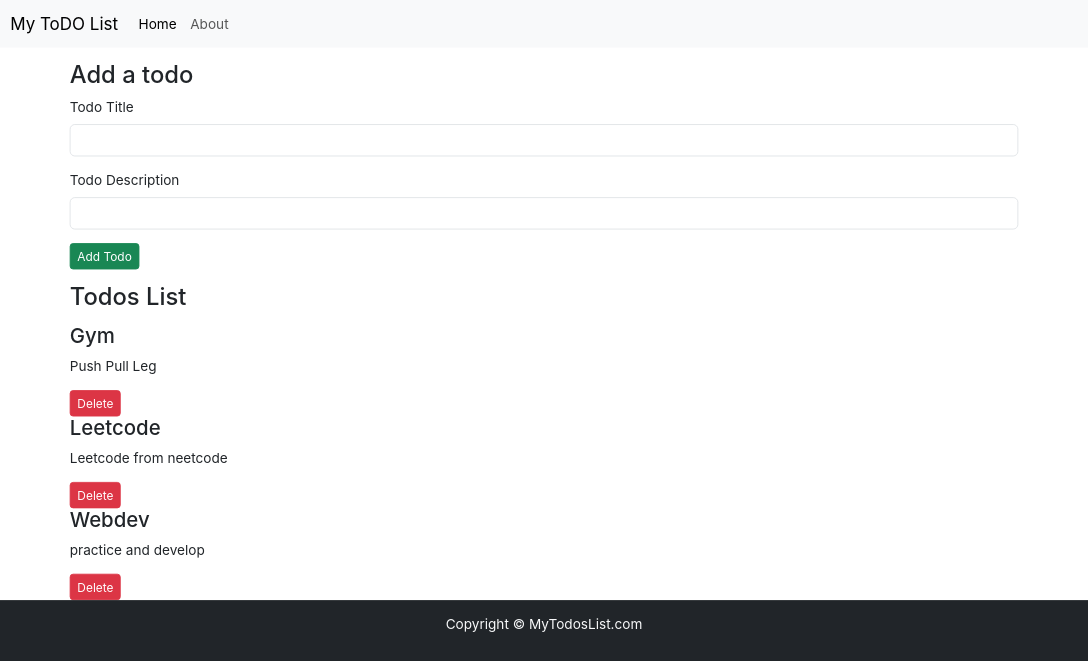
Repository: AshwinUgale/ToDoList
Page: /
The author's editor kept a copy of each file at every save. The page is drawn from the files as they stood at one save, then again after the next save.
The browser window is 1280 px wide. The pictures show the whole page, at 85% of full size.
The project was rebuilt for these pictures with package versions that can differ from the ones it lists, and the page was loaded fresh each time. Also part of the build but not shown: src/App.css.

Above is the page before, as saved 2024-12-21 17:23:44.

### public/index.html
<!DOCTYPE html>
<html lang="en">
  <head>
    <meta charset="utf-8" />
    <link rel="icon" href="%PUBLIC_URL%/favicon.ico" />
    <meta name="viewport" content="width=device-width, initial-scale=1" />
    <meta name="theme-color" content="#000000" />
    <meta
      name="description"
      content="Web site created using create-react-app"
    />
    <link rel="apple-touch-icon" href="%PUBLIC_URL%/logo192.png" />

    <link rel="manifest" href="%PUBLIC_URL%/manifest.json" />
    <link href="https://cdn.jsdelivr.net/npm/bootstrap@5.3.3/dist/css/bootstrap.min.css" rel="stylesheet" integrity="sha384-QWTKZyjpPEjISv5WaRU9OFeRpok6YctnYmDr5pNlyT2bRjXh0JMhjY6hW+ALEwIH" crossorigin="anonymous">
    <title>Todos List</title>
  </head>
  <body>
    <noscript>You need to enable JavaScript to run this app.</noscript>
    <div id="root"></div>


  </body>
  <script src="https://cdn.jsdelivr.net/npm/bootstrap@5.3.3/dist/js/bootstrap.bundle.min.js" integrity="sha384-YvpcrYf0tY3lHB60NNkmXc5s9fDVZLESaAA55NDzOxhy9GkcIdslK1eN7N6jIeHz" crossorigin="anonymous"></script>
</html>

### src/App.js

import './App.css';
import Header from './MyComponents/Header';
import {Footer} from "./MyComponents/Footer";
import {Todos} from "./MyComponents/Todos";
import React, {useState} from 'react';
import { AddTodo } from "./MyComponents/AddTodo";

function App() {
  const onDelete = (todo)=>{
    console.log("Delete",todo)
    setTodos(todos.filter((e)=>{
        return e!==todo;
    }))
  }

  const addTodo = (title,desc)=>{
    let sno=todos[todos.length-1].sno+1;
    const myTodo ={
      sno:sno,
      title:title,
      desc:desc,
    }
    setTodos([...todos,myTodo]);
  }

  const [todos,setTodos]=useState([
    {
      sno: 1,
      title: "Gym",
      desc: "Push Pull Leg"
    },
    {
      sno: 2,
      title: "Leetcode",
      desc: "Leetcode from neetcode"
    },
    {
      sno: 3,
      title: "Webdev",
      desc: "practice and develop "
    },
  ])
  return (
    <>
    <Header title="My ToDO List" searchBar={false}/>
    <AddTodo addTodo={addTodo}/>
    <Todos todos={todos} onDelete={onDelete}/>
    <Footer/>
    </>
  );
}

export default App;

### src/MyComponents/Header.js
import React from 'react';
import PropTypes from 'prop-types';
export default function Header({ title = "Your Title Here", searchBar = true }) {
    console.log("Props received in Header:", {title,searchBar});
  return (
    <nav className="navbar navbar-expand-lg bg-body-tertiary">
      <div className="container-fluid">
        <a className="navbar-brand" href="#">{title}</a>
        <button
          className="navbar-toggler"
          type="button"
          data-bs-toggle="collapse"
          data-bs-target="#navbarSupportedContent"
          aria-controls="navbarSupportedContent"
          aria-expanded="false"
          aria-label="Toggle navigation"
        >
          <span className="navbar-toggler-icon"></span>
        </button>
        <div className="collapse navbar-collapse" id="navbarSupportedContent">
          <ul className="navbar-nav me-auto mb-2 mb-lg-0">
            <li className="nav-item">
              <a className="nav-link active" aria-current="page" href="#">Home</a>
            </li>
            <li className="nav-item">
              <a className="nav-link" href="#">About</a>
            </li>

          </ul>
          {searchBar?<form className="d-flex" role="search">
            <input
              className="form-control me-2"
              type="search"
              placeholder="Search"
              aria-label="Search"
            />
            <button className="btn btn-outline-success" type="submit">
              Search
            </button>
          </form>:""}
        </div>
      </div>
    </nav>
  )
}

Header.defaultProps ={
    title: "Your Title Here",
    searchBar: true
}

Header.propTypes = {
    title: PropTypes.string,
    searchBar: PropTypes.bool,
  };

### src/MyComponents/Footer.js
import React from 'react'

export const Footer = () => {
  let footerStyle = {
    position: "relative",
    top: "70",
    width: "100%",
  }
  return (
    <footer className='bg-dark text-light py-3' style={footerStyle}>
        <p className='text-center'>
          Copyright &copy; MyTodosList.com
        </p>
    </footer>
  )
}

### src/MyComponents/Todos.js
import React from 'react'
import {TodoItem } from "../MyComponents/TodoItem";

export const Todos = (props) => {
  return (
    <div className="container">
        <h3 className="my-3">Todos List</h3>
        {props.todos.length===0? "No todos to display":
        props.todos.map((todo)=>{
          return <TodoItem todo={todo} key={todo.sno} onDelete={props.onDelete}/>
        })
        }

    </div>
  )
}

### src/MyComponents/AddTodo.js
import React, { useState } from 'react'


export const AddTodo = (props) => {
    const [title,setTitle] = useState("");
    const [desc,setDesc] = useState("");
    const submit = (e)=>{
        e.preventDefault();
        if(!title || !desc){
            alert("Fields cannot be blank");
        }
        props.addTodo(title,desc);


    }
  return (
    <div className='container my-3'>
        <h3>Add a todo</h3>
    <form onSubmit={submit}>
    <div className="mb-3">
      <label htmlFor="title" className="form-label">Todo Title</label>
      <input type="text" value={title} onChange={(e)=>{setTitle(e.target.value)}} className="form-control" id="title" aria-describedby="emailHelp"/>

    </div>
    <div className="mb-3">
      <label htmlFor="desc" className="form-label">Todo Description</label>
      <input type="text" value={desc} onChange={(e)=>{setDesc(e.target.value)}} className="form-control" id="desc"/>
    </div>
    <button type="submit" className="btn btn-sm btn-success">Add Todo</button>
  </form>
  </div>
  )
}

### src/MyComponents/TodoItem.js
import React from 'react'

export const TodoItem = ({todo,onDelete}) => {
  return (
    <div>
        <h4>{todo.title}</h4>
        <p>{todo.desc}</p>
        <button className="btn btn-sm btn-danger" onClick={()=>{onDelete(todo)}}>Delete</button>
    </div>
  )
}

Loaded but not shown: src/index.js (common file); src/index.css (common file); src/reportWebVitals.js (common file)

After the next save:
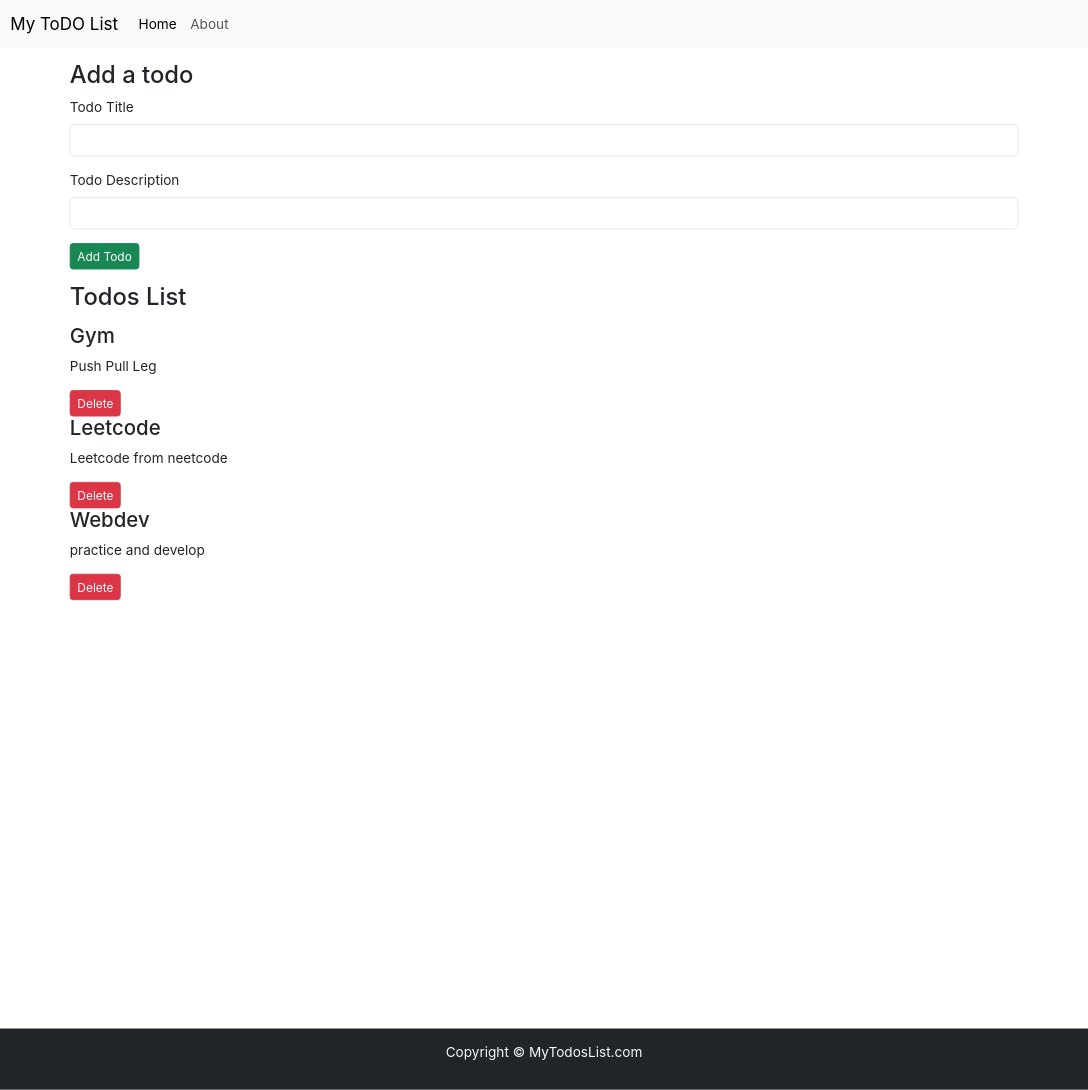
Saved 6 s later.
--- a/src/MyComponents/Footer.js
+++ b/src/MyComponents/Footer.js
@@ -3,7 +3,7 @@
 export const Footer = () => {
   let footerStyle = {
     position: "relative",
-    top: "70",
+    top: "70vh",
     width: "100%",
   }
   return (

After the save that followed:
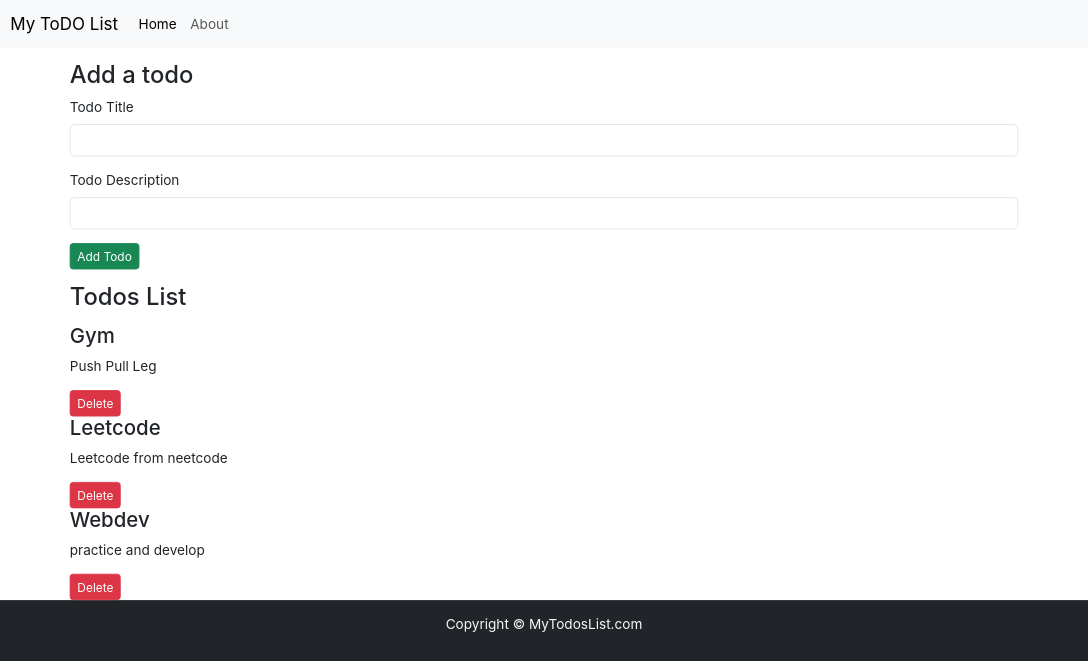
Saved 54 s later.
--- a/src/MyComponents/Footer.js
+++ b/src/MyComponents/Footer.js
@@ -1,13 +1,8 @@
 import React from 'react'
 
 export const Footer = () => {
-  let footerStyle = {
-    position: "relative",
-    top: "70vh",
-    width: "100%",
-  }
   return (
-    <footer className='bg-dark text-light py-3' style={footerStyle}>
+    <footer className='bg-dark text-light py-3'>
         <p className='text-center'>
           Copyright &copy; MyTodosList.com
         </p>
